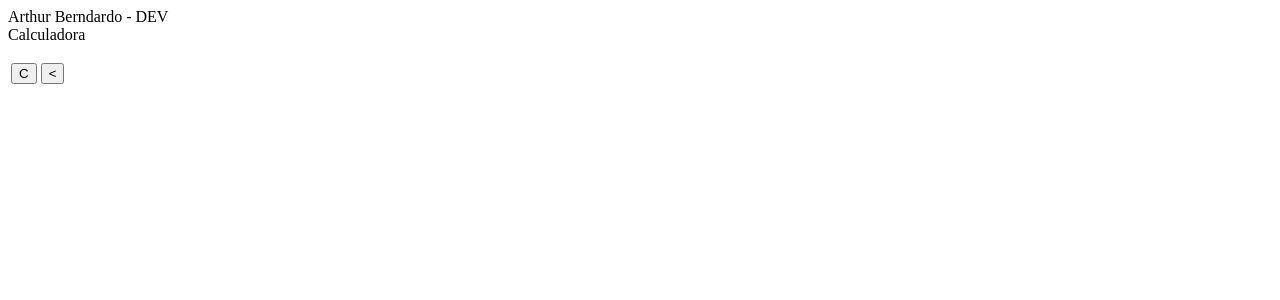
Repository: oThurDev/calculadora
Page: calculadora.html
The author's editor kept a copy of each file at every save. The page is drawn from the files as they stood at one save, then again after the next save.
The browser window is 1280 px wide. The pictures show the whole page.

Above is the page before, as saved 2022-02-25 15:15:53.

After the next save:
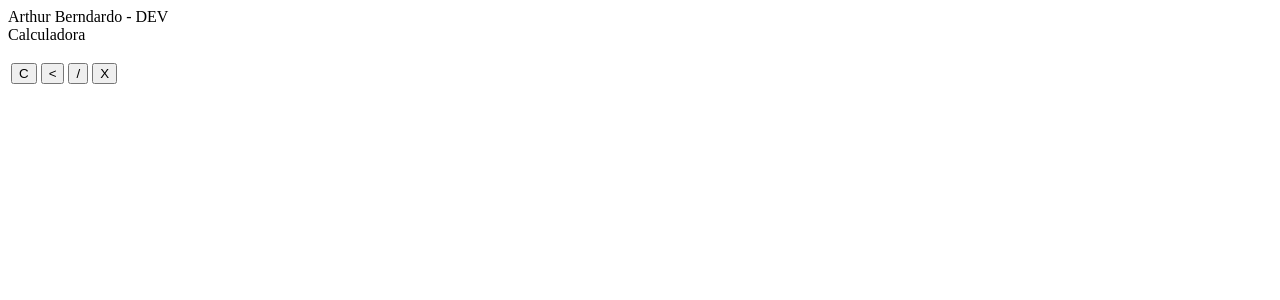
Saved 28 s later.
--- a/calculadora.html
+++ b/calculadora.html
@@ -15,6 +15,8 @@
                 <tr>
                     <td><button>C</button></td>
                     <td><button><</button></td>
+                    <td><button>/</button></td>
+                    <td><button>X</button></td>
                 </tr>
             </table>
         </div>
